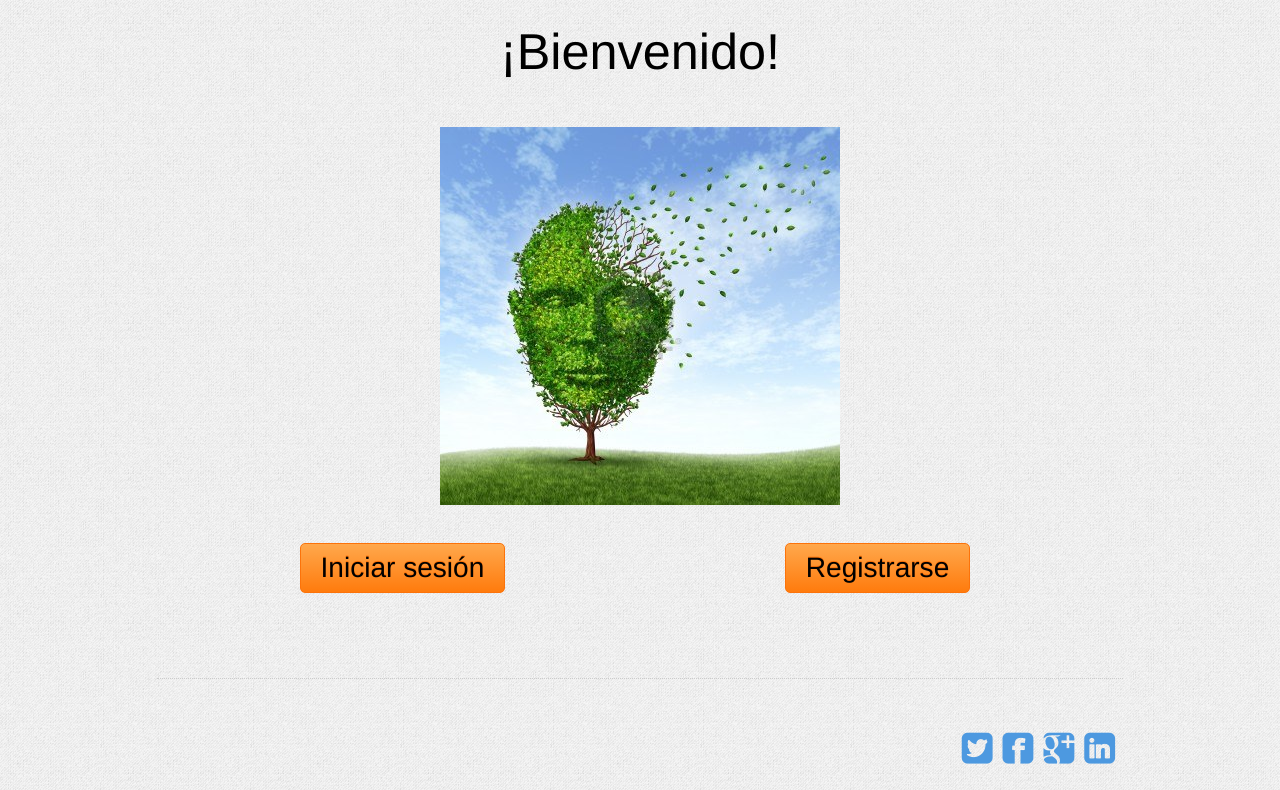
Repository: SCeruso/RememberMe
Page: bienvenido.html
The author's editor kept a record of every edit. The page is drawn from the files as they stood at one moment, then again after the next edit.
The browser window is 1280 px wide. The pictures show the whole page.
Some web libraries are served in a nearby version.

Above is the page before.

After the next edit:
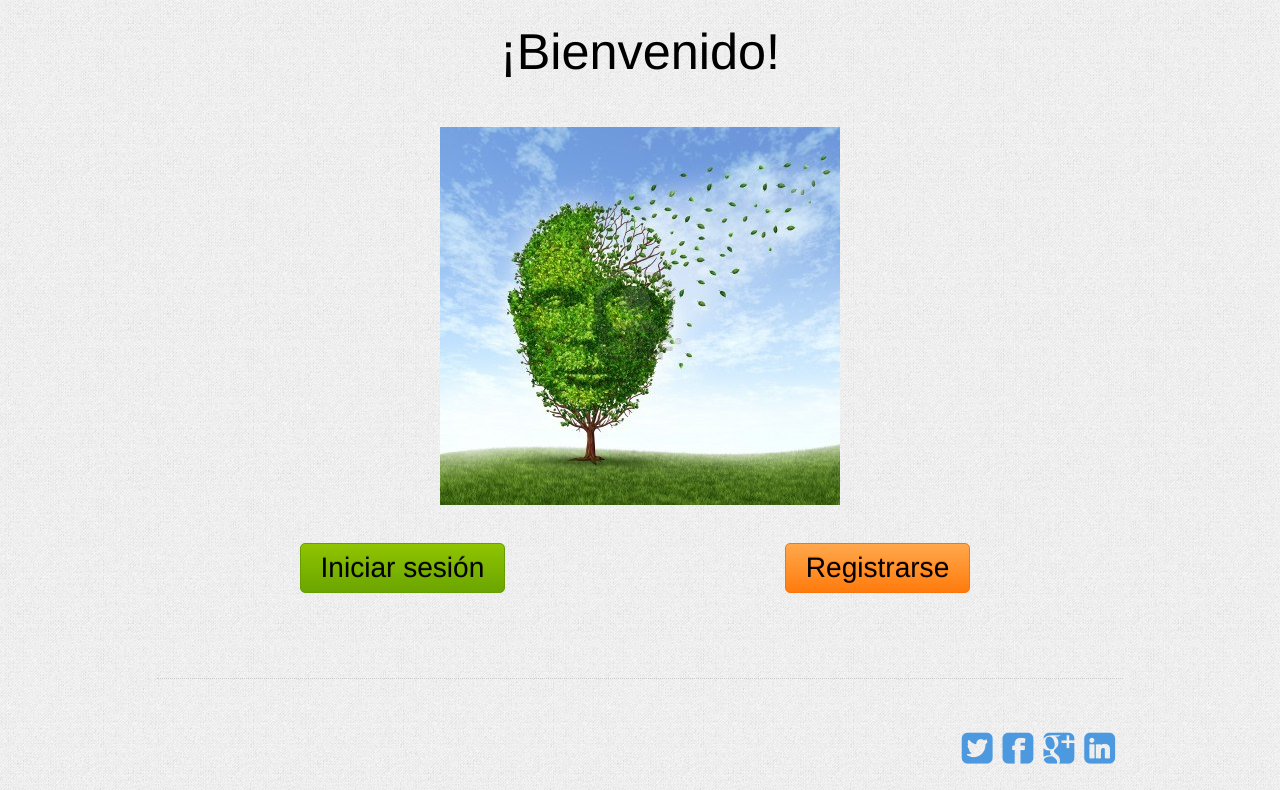
The edit:
--- a/bienvenido.html
+++ b/bienvenido.html
@@ -31,7 +31,7 @@
 	<div class="col_12">
 	<div class="col_6">
 		<h5 style="margin-bottom:40px;" class="center">
-            		<p><a class="large button orange" href="iniciarSesion.html"><font color="black">Iniciar sesión</font></a></p>
+            		<p><a class="large button green" href="iniciarSesion.html"><font color="black">Iniciar sesión</font></a></p>
         	</h5>
 	</div>
 	<div class="col_6">
